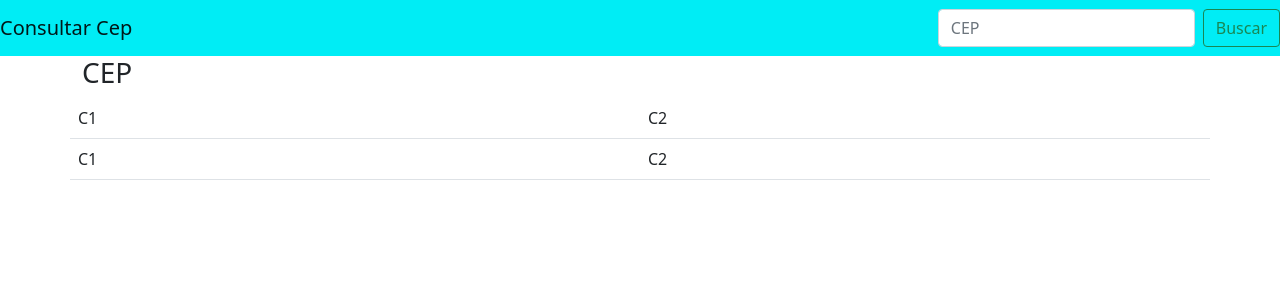
Repository: ViniciusCMS/StudyJquerry
Page: index.html
These files come from the project's save history. The page is drawn as it stood at one moment and after the next save; the edit follows.
The browser window is 1280 px wide. The pictures show the whole page.

Above is the page before, as saved 2021-11-26 11:24:57.

### index.html
<!DOCTYPE html>
<html lang="pt-br">
<head>
    <meta charset="UTF-8">
    <meta http-equiv="X-UA-Compatible" content="IE=edge">
    <meta name="viewport" content="width=device-width, initial-scale=1.0">
    <title>StudyJquery</title>
    <script type="text/javascript" src="js/jquery-3.6.0.min.js"></script>
    <script type="text/javascript" src="js/main.js"></script>
    <link rel="stylesheet" type="text/css" href="bootstrap/css/bootstrap.min.css">
</head>
<body>
   <nav class="navbar navbar-light" style="background-color: #00edf5;">
    <a class="navbar-brand">Consultar Cep</a>
      <div class="d-flex">
        <input class="form-control me-2" type="search" placeholder="CEP" id="cep">
        <button class="btn btn-outline-success" type="submit" onclick="consultaCep()">Buscar</button>
      </div>
    </nav>

    <div class="container">
        <div class="row">
            <h3>CEP</h3>
        </div>
        <div class="row">

            <table class="table">
                <tbody>
                    <tr>
                        <td>C1</td>
                        <td>C2</td>
                    </tr>
                    <tr>
                        <td>C1</td>
                        <td>C2</td>
                    </tr>
                </tbody>
            </table>

        </div>

    </div>


    <!--<input id="cep">
    <button type="button" onclick="consultaCep()">Consultar</button>
    <p id="uf"></p>
    <p id="localidade"></p>
    <p id="logradouro"></p>
    <p id="bairro"></p>-->
</body>
</html>

### js/main.js
function consultaCep() {

    var cep = document.getElementById("cep").value;
    var url = "https://viacep.com.br/ws/" + cep + "/json/";

    console.log(url)

    $.ajax({
        url: url,
        type: "GET",
        success: function(response){
            console.log(response);


            /*$("#uf").html(response.uf);
            $("#localidade").html(response.localidade);
            $("#logradouro").html(response.logradouro);
            $("#bairro").html(response.bairro);

            document.getElementById("uf").innerHTML = response.uf;
            document.getElementById("localidade").innerHTML = response.localidade;
            document.getElementById("logradouro").innerHTML = response.logradouro;
            document.getElementById("bairro").innerHTML = response.bairro;*/
        }

    })
}

Loaded but not shown: js/jquery-3.6.0.min.js (library); bootstrap/css/bootstrap.min.css (library)

After the next save:
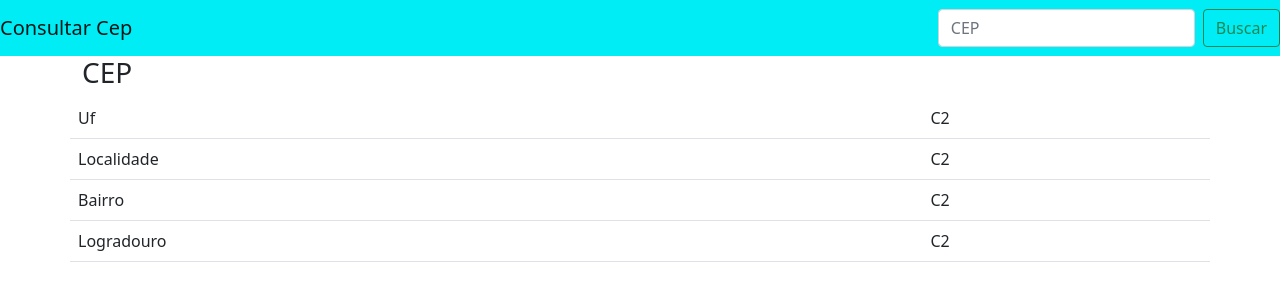
Saved 2 min 43 s later.
--- a/index.html
+++ b/index.html
@@ -27,13 +27,22 @@
             <table class="table">
                 <tbody>
                     <tr>
-                        <td>C1</td>
+                        <td>Uf</td>
                         <td>C2</td>
                     </tr>
                     <tr>
-                        <td>C1</td>
+                        <td>Localidade</td>
                         <td>C2</td>
                     </tr>
+                    <tr>
+                        <td>Bairro</td>
+                        <td>C2</td>
+                    </tr>
+                    <tr>
+                        <td>Logradouro</td>
+                        <td>C2</td>
+                    </tr>
+
                 </tbody>
             </table>
 
